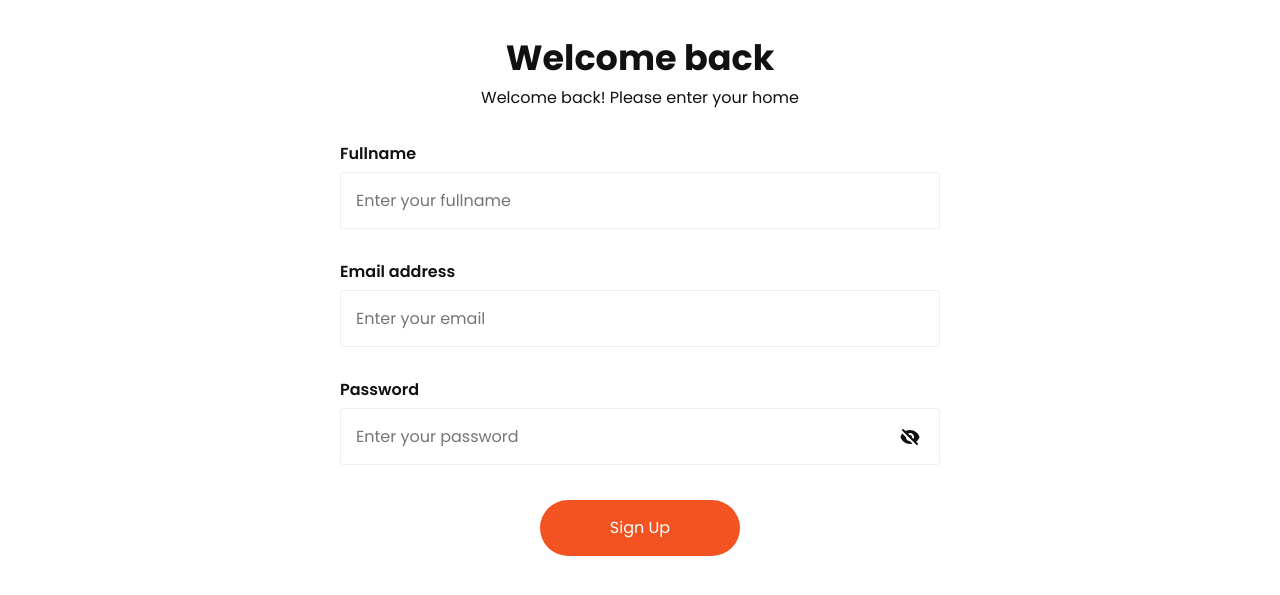
Repository: hoang0508/ReactJs-Fruits
Page: /sign-up
The author's editor kept a copy of each file at every save. The page is drawn from the files as they stood at one save, then again after the next save.
The browser window is 1280 px wide. The pictures show the whole page.
The project was rebuilt for these pictures with package versions that can differ from the ones it lists, and the page was loaded fresh each time. Also part of the build but not shown: src/Pages/NotFoundPage.js, src/components/icon/IconOpen.js, src/hooks/useHookAPI.js, src/hooks/useLocalStrorage.js, src/components/context/Auth-Context.js, src/components/Media/Social.scss, src/components/Media/Social.js, src/components/Footer/Footercoppy.js and 34 more.

Above is the page before, as saved 2022-05-12 22:36:26.

After the next save:
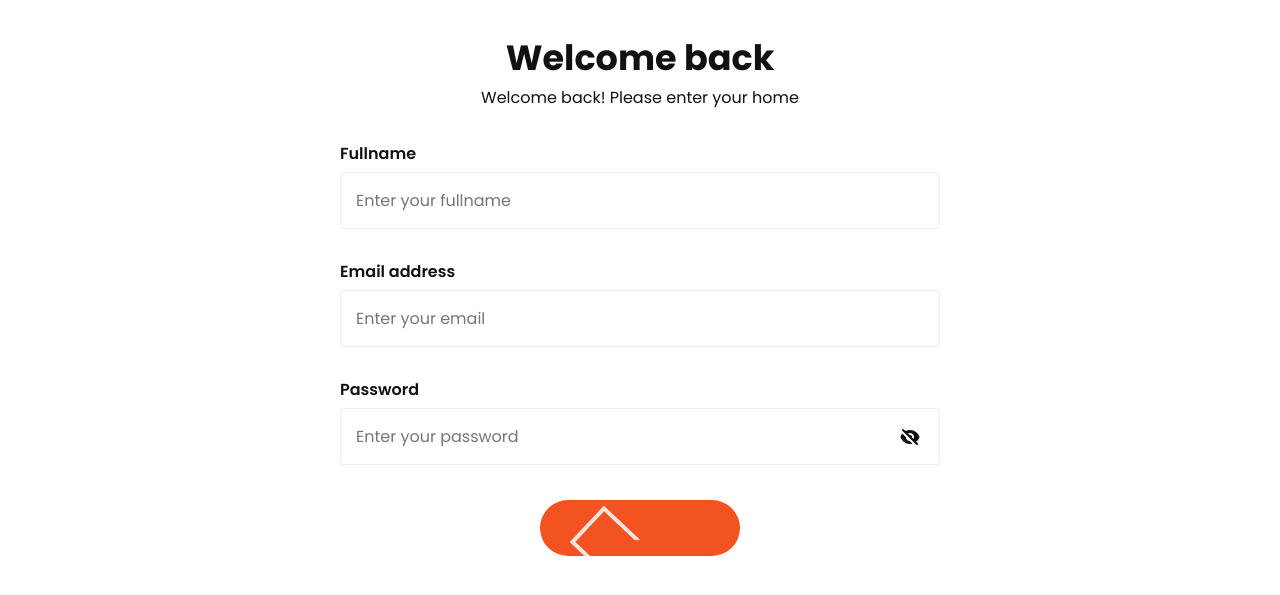
Saved 8 s later.
--- a/src/components/button/Button.js
+++ b/src/components/button/Button.js
@@ -36,7 +36,7 @@ const Button = ({
       height={height}
       className={className}
     >
-      {isLoading ? <div className="loading"></div> : children}
+      {!isLoading ? <div className="loading"></div> : children}
     </ButtonStyles>
   );
 };
